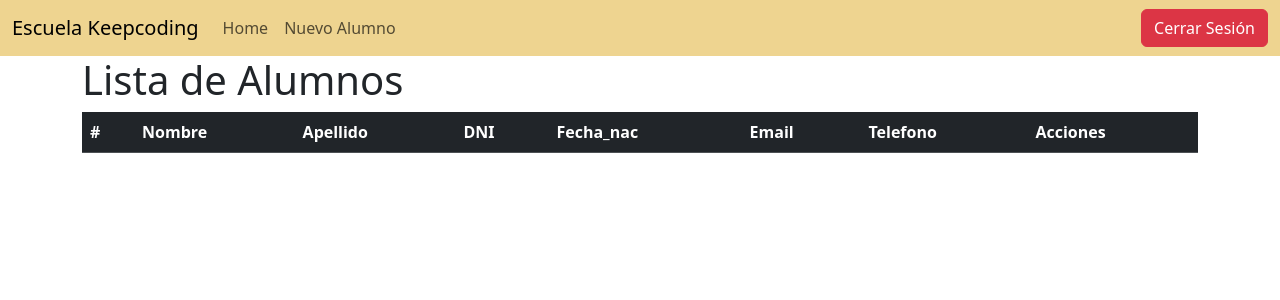
Repository: ChusmiPalos/EscuelaKeepcoding
Page: http://localhost/menu
These files come from the project's save history. The page is drawn as it stood at one moment and after the next save; the edit follows.
The browser window is 1280 px wide. The pictures show the whole page.
The page is this project's Thymeleaf template; nobody is signed in. The template is opened directly, without the code that normally fills it, so the values that code supplies are empty.

Above is the page before, as saved 2024-07-06 23:08:48.

### app-web-escuela/src/main/resources/templates/menu.html
<!DOCTYPE html>
<html xmlns:th="https://www.thymeleaf.org/">
<head th:include="fragments/cabecera :: cabecera"></head>
<body>
	<div th:include="fragments/menu_navegacion :: menu"></div>

	<div class="container">
		<div class="row">
			<h1>Lista de Alumnos</h1>
		</div>

		<table class="table table-striped">
			<thead class="table-dark">
				<tr>
					<th scope="col">#</th>
					<th scope="col">Nombre</th>
					<th scope="col">Apellido</th>
					<th scope="col">DNI</th>
					<th scope="col">Fecha_nac</th>
					<th scope="col">Email</th>
					<th scope="col">Telefono</th>
					<th scope="col">Acciones</th>
				</tr>
			</thead>
			<tbody>

				<tr th:each="alu: ${alumnos}">
					<td th:text="${alu.id}" scope="row"></td>
					<td th:text="${alu.nombre}"></td>
					<td th:text="${alu.apellido}"></td>
					<td th:text="${alu.dni}"></td>
					<td th:text="${alu.fecha_nac}"></td>
					<td th:text="${alu.email}"></td>
					<td th:text="${alu.telefono}"></td>
					<td><a class="btn btn-info"
						th:href=@{/alumno/editar/{id}(id=${alu.id})}>Editar</a> <a
						class="btn btn-danger"
						th:href=@{/alumno/delete/{id}(id=${alu.id})}
						onclick="return confirm('Estas seguro?');">Borrar</a></td>
				</tr>

			</tbody>
		</table>
	</div>


	<script
		src="https://cdn.jsdelivr.net/npm/bootstrap@5.3.3/dist/js/bootstrap.bundle.min.js"
		integrity="sha384-YvpcrYf0tY3lHB60NNkmXc5s9fDVZLESaAA55NDzOxhy9GkcIdslK1eN7N6jIeHz"
		crossorigin="anonymous"></script>
</body>
</html>

### app-web-escuela/src/main/resources/templates/fragments/cabecera.html
<!DOCTYPE html>
<html xmlns:th="http://www.thymeleaf.org">
<head th:fragment="cabecera">
    <meta charset="UTF-8">
    <meta name="viewport" content="width=device-width, initial-scale=1.0">
    <link rel="stylesheet" th:href="@{/css/style.css}">
    <link rel="icon" type="image/png" th:href="@{/images/icono.png}">
    <title>Escuela Keepcoding</title>
    <link
	href="https://cdn.jsdelivr.net/npm/bootstrap@5.3.3/dist/css/bootstrap.min.css"
	rel="stylesheet"
	integrity="sha384-QWTKZyjpPEjISv5WaRU9OFeRpok6YctnYmDr5pNlyT2bRjXh0JMhjY6hW+ALEwIH"
	crossorigin="anonymous">
</head>
<body>
</body>
</html>

### app-web-escuela/src/main/resources/templates/fragments/menu_navegacion.html
<!DOCTYPE html>
<html xmlns:th="http://www.thymeleaf.org">
<head>
    <title>Fragmentos</title>
</head>

<body>
    <div th:fragment="menu">
        <nav class="navbar navbar-expand-lg barra_navegacion">
            <div class="container-fluid">
                <a class="navbar-brand" th:href="@{/menu}">Escuela Keepcoding</a>
                <button class="navbar-toggler" type="button"
                    data-bs-toggle="collapse" data-bs-target="#navbarNav"
                    aria-controls="navbarNav" aria-expanded="false"
                    aria-label="Toggle navigation">
                    <span class="navbar-toggler-icon"></span>
                </button>
                <div class="collapse navbar-collapse" id="navbarNav">
                    <ul class="navbar-nav">
                        <li class="nav-item"><a class="nav-link"
                            aria-current="page" th:href="@{/menu}">Home</a></li>
                        <li class="nav-item"><a class="nav-link"
                            th:href="@{/alumno/new}">Nuevo Alumno</a></li>
                    </ul>
                </div>
                <a class="btn btn-danger" href="/login">Cerrar Sesión</a>
            </div>
        </nav>
    </div>
</body>
</html>

### app-web-escuela/src/main/resources/static/css/style.css
.barra_navegacion {
	background-color: #eed490;
}

body {
	background-color: #444444;
}

After the next save:
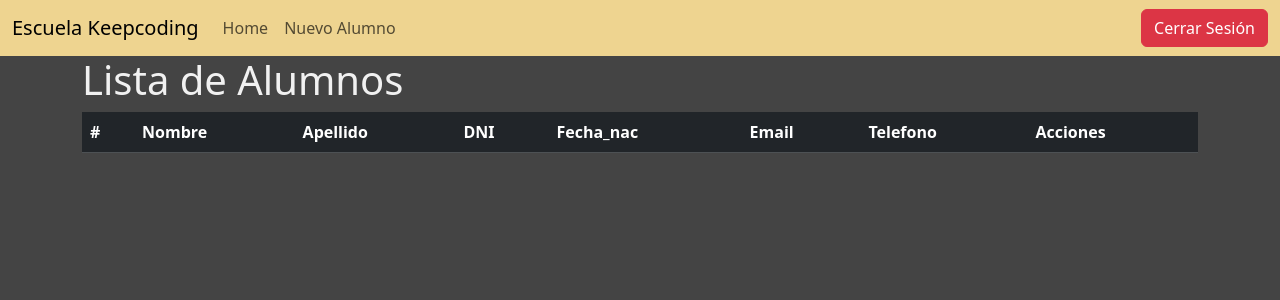
Saved 58 s later.
--- a/app-web-escuela/src/main/resources/static/css/style.css
+++ b/app-web-escuela/src/main/resources/static/css/style.css
@@ -3,5 +3,6 @@
 }
 
 body {
-	background-color: #444444;
+	background-color: #444444!important;
+	color: #f1f1f1!important;
 }
